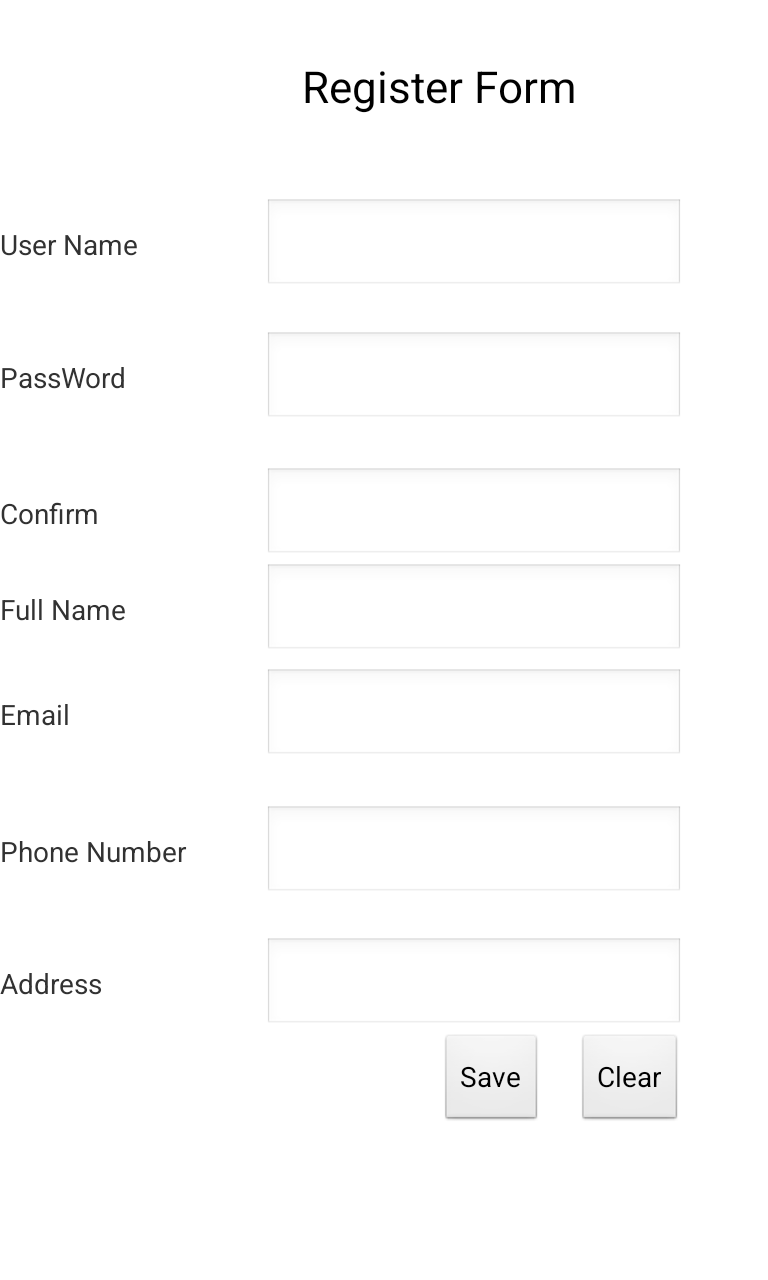
Repository: VanThi/Smart_Order
Layout: Project OS/Project_SO/res/layout/activity_register.xml
The author's editor kept a copy of each file at every save. The layout is drawn from the files as they stood at one save, then again after the next save.
It is drawn on a 768 x 1280 px phone screen (xhdpi) without system bars, with theme android:Theme.Light.NoTitleBar.Fullscreen; the app's code is not run.

Above is the layout before, as saved 2013-11-09 08:39:55.

After the next save:
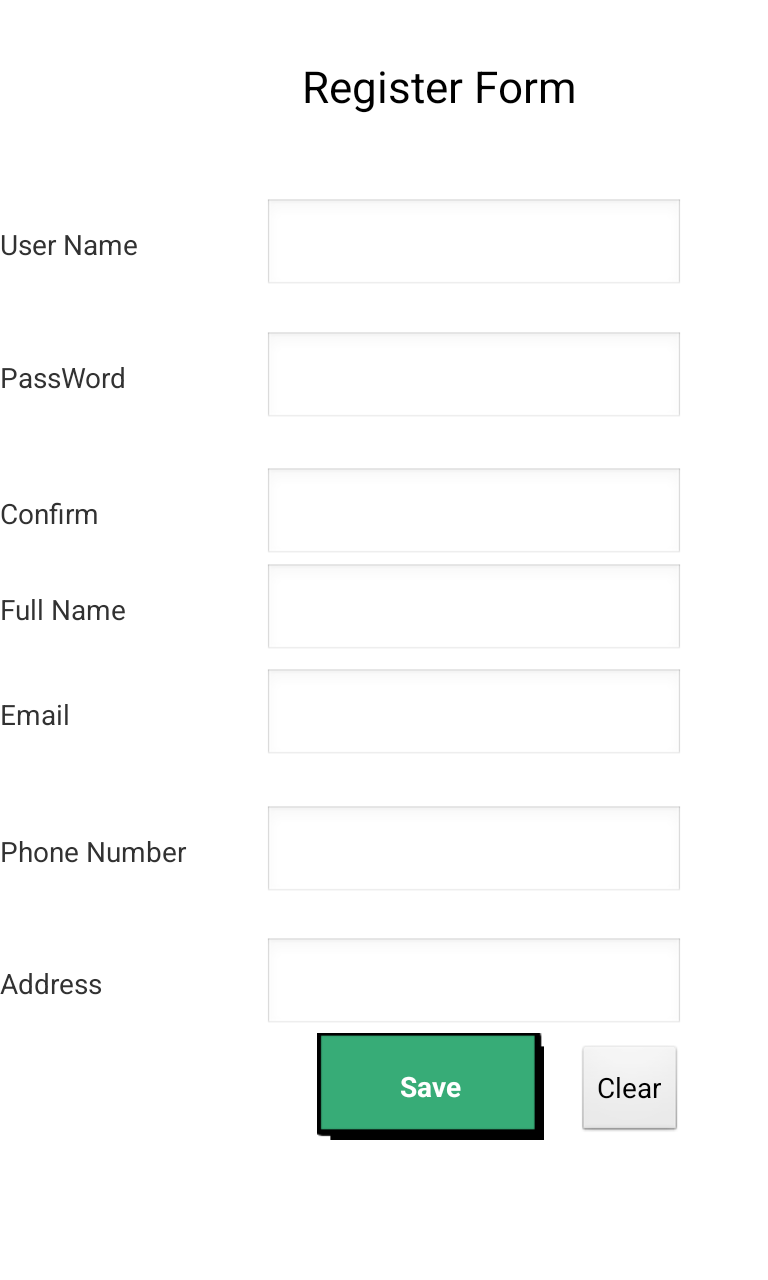
Saved 3 min 32 s later.
--- a/Project OS/Project_SO/res/layout/activity_register.xml
+++ b/Project OS/Project_SO/res/layout/activity_register.xml
@@ -157,6 +157,7 @@
         android:layout_below="@+id/et_address"
         android:layout_marginRight="16dp"
         android:layout_toLeftOf="@+id/clear"
+        style="@style/Button"
         android:text="@string/save" />
 
     <TextView
